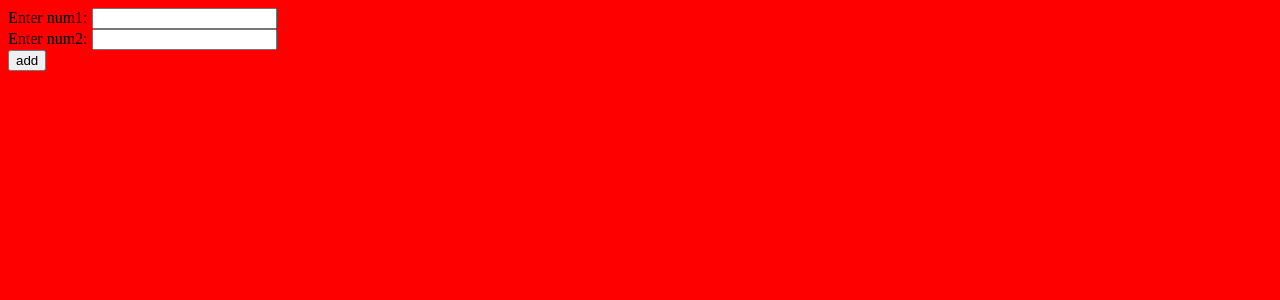
Repository: Ravikumarh6166/my-first-repo
Page: WebApps/src/main/webapp/First.html
An editor plug-in stored every save of this project. The page is shown before and after the next save, followed by the edit.
The browser window is 1280 px wide. The pictures show the whole page.

Above is the page before, as saved 2022-08-24 06:07:50.

After the next save:
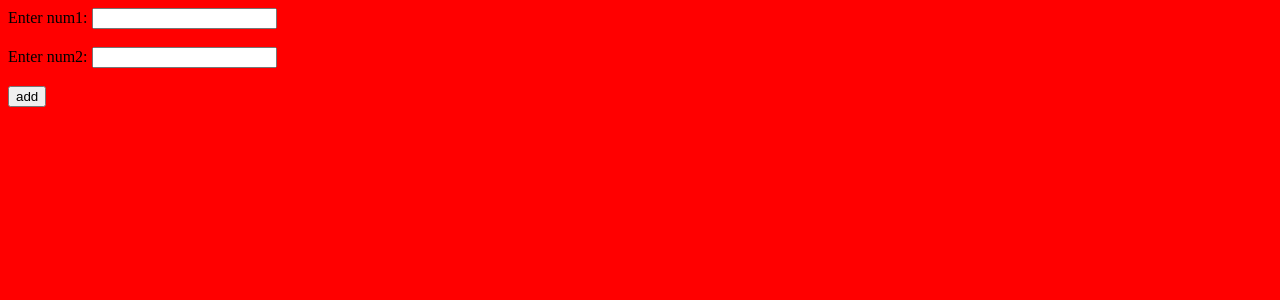
Saved 46 s later.
--- a/WebApps/src/main/webapp/First.html
+++ b/WebApps/src/main/webapp/First.html
@@ -4,9 +4,9 @@
 <body bgcolor='red' >
 <form name="form1" action="FirstServlet">
 Enter num1:
-<input type="text" name="n1" ></br>
+<input type="text" name="n1" ></br><br>
 Enter num2:
-<input type="text" name="n2"></br>
+<input type="text" name="n2"></br><br>
 <input type="submit" value="add">
 </form>
 </body>
